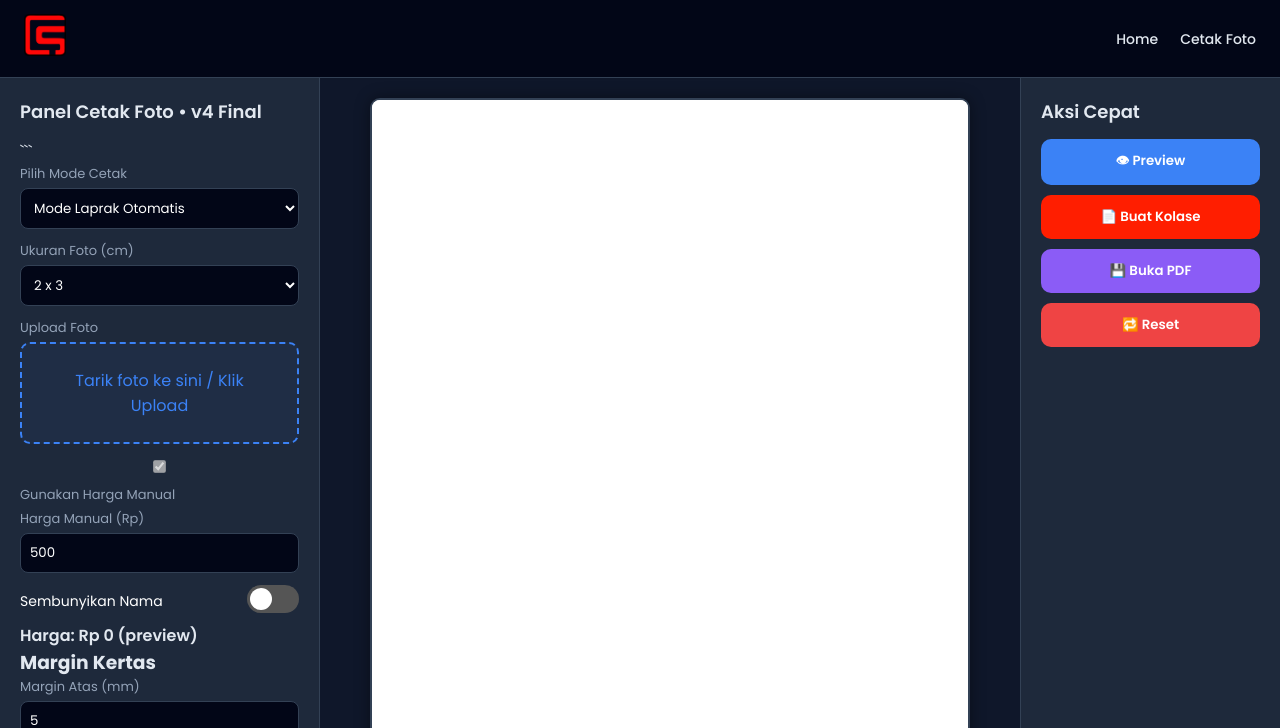
Repository: procinema22/hiisedulurfc
Page: cetakfoto.html
These files come from the project's save history. The page is drawn as it stood at one moment and after the next save; the edit follows.
The browser window is 1280 px wide. The pictures show the whole page.
An inner scrolling area shows only its first screen.

Above is the page before, as saved 2026-04-27 21:32:46.

### cetakfoto.html
<!DOCTYPE html>

<html lang="id">
<head>
<meta charset="UTF-8">
<meta name="viewport" content="width=device-width, initial-scale=1.0">
<title>SEDULUR FOTO COPY – Cetak Foto</title>
<link rel="icon" type="image/png" href="img/loggo/sdlr.png">
<link href="https://fonts.googleapis.com/css2?family=Poppins:wght@400;500;600;700&display=swap" rel="stylesheet">
<link rel="stylesheet" href="css/cetak.css">
<script src="https://cdn.jsdelivr.net/npm/exif-js"></script>
<script src="https://cdnjs.cloudflare.com/ajax/libs/jspdf/2.5.1/jspdf.umd.min.js"></script>
</head>
<body>
<header>
  <div class="logo"><a href="index.html"><img src="img/loggo/sdlr.png" alt="Sedulur Foto Copy"></a></div>
  <nav>
    <ul>
      <li><a href="index.html">Home</a></li>
      <li><a href="cetakfoto.html" class="active">Cetak Foto</a></li>
    </ul>
  </nav>
</header>
<div class="layout">
  <aside class="left-panel">
    <h2 class="section-title">Panel Cetak Foto • v4 Final</h2>

```
<label>Pilih Mode Cetak</label>
<select id="modeSelect">
  <option value="normal">Mode Laprak Otomatis</option>
  <option value="perfoto">Mode Pas Foto</option>
  <option value="circle">Mode Lingkaran</option>
</select>

<div id="circleControls" style="display:none;">
  <label>Diameter Lingkaran (cm)</label>
  <input id="circleDiameter" type="number" value="4">
</div>

<label>Ukuran Foto (cm)</label>
<select id="sizeSelect">
  <option value="2x3">2 x 3</option>
  <option value="3x4">3 x 4</option>
  <option value="4x6">4 x 6</option>
  <option value="5x5">5 x 5</option>
  <option value="6x9">6 x 9</option>
  <option value="10x15">10 x 15</option>
  <option value="custom">Custom</option>
</select>

<div id="customSize" style="display:none; gap:10px;">
  <input id="customW" type="number" placeholder="Lebar (cm)">
  <input id="customH" type="number" placeholder="Tinggi (cm)">
</div>

<label>Upload Foto</label>
<div id="dropArea" class="drop-area">Tarik foto ke sini / Klik Upload</div>
<input id="upload" type="file" multiple accept="image/*" hidden>

<label class="inline-check"><input type="checkbox" id="manualHargaCheckbox"> Gunakan Harga Manual</label>

<div id="manualHargaBox" style="display:none;">
  <label>Harga Manual (Rp)</label>
  <input id="manualHargaInput" type="number" value="500" min="500" step="500">
</div>

<div class="switch-wrap">
  <span>Sembunyikan Nama</span>
  <label class="switch">
    <input type="checkbox" id="hideInfo">
    <span class="slider"></span>
  </label>
</div>

<div class="price" id="priceDisplay">Harga: Rp 0</div>
<div id="batchList"></div>

<h3 class="mini-title">Margin Kertas</h3>
<label>Margin Atas (mm)</label><input id="marginTop" type="number" value="5">
<label>Margin Bawah (mm)</label><input id="marginBottom" type="number" value="5">
<label>Margin Kiri (mm)</label><input id="marginLeft" type="number" value="5">
<label>Margin Kanan (mm)</label><input id="marginRight" type="number" value="5">
<label>Gap antar foto (px)</label><input id="gap" type="number" value="20">



<label class="inline-check"><input type="checkbox" id="laprakMode"> Mode Laprak Manual</label>

<div id="laprakControls" style="display:none;">
  <label>Nama Laprak</label>
  <input type="text" id="laprakName">
  <label>Harga Laprak (Rp)</label>
  <input type="number" id="laprakPrice" value="2000">
</div>

<label class="inline-check"><input type="checkbox" checked disabled> Hubungi admin untuk menghilangkan watermark</label>
```

  </aside>

  <section class="center-panel">
    <canvas id="canvas" width="1240" height="1754"></canvas>
    <div class="page-nav" id="pageNav" style="display:none;">
      <button id="prevPage">⬅</button>
      <div id="pageIndicator">Halaman 1 / 1</div>
      <button id="nextPage">➡</button>
    </div>
  </section>

  <aside class="right-panel">
    <h2 class="section-title">Aksi Cepat</h2>
    <button id="previewBtn" class="btn blue">👁 Preview</button>
    <button id="generateBtn" class="btn green">📄 Buat Kolase</button>
    <button id="downloadPdf" class="btn purple">💾 Buka PDF</button>
    <button id="reset" class="btn red">🔁 Reset</button>
  </aside>
</div>
<div id="loadingOverlay"><div class="loader"></div><p>Memproses... tunggu sebentar ya</p></div>
<div id="toast"></div>
<script src="js/script.js"></script>

### css/cetak.css
/* ============ ROOT & GLOBAL ============ */
:root {
    --bg: #0f172a;
    --card: #1e293b;
    --border: #334155;
    --text: #e2e8f0;
    --muted: #94a3b8;
    --blue: #3b82f6;
    --green: #ff1e00;
    --purple: #8b5cf6;
    --red: #ef4444;
    --shadow: rgba(0,0,0,.4);
  }

  *{
    margin:0;
    padding:0;
    box-sizing:border-box;
    font-family:"Poppins",sans-serif;
  }

  body{
    background:var(--bg);
    color:var(--text);
    overflow-x:hidden;
  }

  /* ============ HEADER / NAVBAR ============ */
  header{
    display:flex;
    align-items:center;
    justify-content:space-between;
    padding:14px 24px;
    background:#020617;
    border-bottom:1px solid var(--border);
  }

  header .logo img{
    height:42px;
  }

  header nav ul{
    display:flex;
    gap:22px;
    list-style:none;
  }

  header nav ul li a{
    color:var(--text);
    text-decoration:none;
    font-size:14px;
    font-weight:500;
  }

  header nav ul li a:hover{
    color:var(--green);
  }

  .search-box{
    display:flex;
    gap:6px;
  }

  .search-box input{
    padding:6px 10px;
    border-radius:8px;
    background:#020617;
    border:1px solid var(--border);
    color:white;
  }

  /* ============ LAYOUT ============ */
  .layout{
    display:grid;
    grid-template-columns:320px 1fr 260px;
    height:calc(100vh - 70px);
  }

  /* ============ LEFT PANEL ============ */
  .left-panel{
    background:var(--card);
    padding:20px;
    border-right:1px solid var(--border);
    overflow-y:auto;
  }

  .left-panel label{
    font-size:13px;
    color:var(--muted);
    margin-bottom:4px;
    display:block;
  }

  .left-panel input,
  .left-panel select{
    width:100%;
    padding:9px;
    border-radius:8px;
    border:1px solid var(--border);
    background:#020617;
    color:white;
    margin-bottom:12px;
  }

  .section-title{
    font-size:18px;
    font-weight:600;
    margin-bottom:14px;
  }

  /* DROP AREA */
  .drop-area{
    border:2px dashed var(--blue);
    padding:24px;
    text-align:center;
    border-radius:10px;
    color:var(--blue);
    background:rgba(59,130,246,.05);
    cursor:pointer;
    margin-bottom:15px;
  }

  .drop-area:hover{
    background:rgba(59,130,246,.15);
  }

  /* PRICE */
  .price{
    font-size:16px;
    font-weight:600;
    margin-top:6px;
  }

  /* ============ CENTER PANEL ============ */
  .center-panel{
    padding:20px;
    display:flex;
    flex-direction:column;
    align-items:center;
    overflow-y:auto;
  }

  canvas{
    width:100%;
    max-width:600px;
    background:white;
    border-radius:10px;
    border:2px solid var(--border);
    box-shadow:0 0 15px var(--shadow);
  }

  /* PAGE NAV */
  .page-nav{
    display:flex;
    gap:14px;
    margin-top:12px;
  }

  .page-nav button{
    padding:8px 14px;
    border:none;
    border-radius:8px;
    background:var(--blue);
    color:white;
    cursor:pointer;
  }

  /* ============ RIGHT PANEL ============ */
  .right-panel{
    background:var(--card);
    padding:20px;
    border-left:1px solid var(--border);
    overflow-y:auto;
  }

  .btn{
    width:100%;
    padding:12px;
    border:none;
    border-radius:10px;
    font-weight:600;
    cursor:pointer;
    margin-bottom:10px;
    color:white;
  }

  .blue{background:var(--blue)}
  .green{background:var(--green)}
  .purple{background:var(--purple)}
  .red{background:var(--red)}

  /* ============ LOADER & TOAST ============ */
  #loadingOverlay{
    position:fixed;
    inset:0;
    background:rgba(0,0,0,.7);
    display:none;
    flex-direction:column;
    justify-content:center;
    align-items:center;
    z-index:9999;
  }

  .loader{
    width:60px;
    height:60px;
    border-radius:50%;
    border:6px solid #fff;
    border-top:6px solid var(--blue);
    animation:spin 1s linear infinite;
  }

  @keyframes spin{
    to{transform:rotate(360deg)}
  }

  #toast{
    position:fixed;
    bottom:20px;
    right:20px;
    padding:12px 18px;
    background:var(--card);
    border-left:5px solid var(--blue);
    border-radius:10px;
    opacity:0;
    transition:.3s;
    z-index:10000;
  }

  #toast.show{
    opacity:1;
    transform:translateY(-6px);
  }

  /* ============ PRINT A4 MODE ============ */
  @media print{
    header,
    .left-panel,
    .right-panel,
    .page-nav,
    #toast,
    #loadingOverlay{
      display:none !important;
    }

    body{
      background:white;
      overflow:visible;
    }

    .layout{
      display:block;
      height:auto;
    }

    canvas{
      width:210mm !important;
      height:297mm !important;
      max-width:none;
      border:none;
      box-shadow:none;
      border-radius:0;
    }
  }

  @page{
    size:A4;
    margin:10mm;
  }
  .btn-logout {
    background: #e53935;
    color: #fff;
    border: none;
    padding: 8px 14px;
    border-radius: 6px;
    cursor: pointer;
    font-weight: 600;
  }

  .btn-logout:hover {
    background: #c62828;
  }
  .switch-wrap{
    display:flex;
    align-items:center;
    justify-content:space-between;
    gap:12px;
    color:#fff;
    font-size:14px;
  }

  .switch{
    position:relative;
    display:inline-block;
    width:52px;
    height:28px;
  }

  .switch input{
    opacity:0;
    width:0;
    height:0;
  }

  .slider{
    position:absolute;
    inset:0;
    background:#555;
    border-radius:50px;
    transition:.3s;
    cursor:pointer;
  }

  .slider:before{
    content:"";
    position:absolute;
    width:22px;
    height:22px;
    left:3px;
    top:3px;
    background:white;
    border-radius:50%;
    transition:.3s;
  }

  .switch input:checked + .slider{
    background:#22c55e;
  }

  .switch input:checked + .slider:before{
    transform:translateX(24px);
  }
  .panel-box{
    background: linear-gradient(180deg,#18253d,#101827);
    border:1px solid rgba(255,255,255,.08);
    border-radius:18px;
    padding:18px;
    box-shadow:0 12px 30px rgba(0,0,0,.25);
  }

  .panel-box h3{
    font-size:18px;
    font-weight:700;
    color:#fff;
    margin-bottom:16px;
  }

  .group{
    margin-bottom:18px;
  }

  .group label{
    display:block;
    font-size:13px;
    color:#9fb3d9;
    margin-bottom:8px;
    font-weight:500;
  }

  .group input,
  .group select{
    width:100%;
    height:48px;
    border:none;
    outline:none;
    border-radius:14px;
    background:#06101f;
    color:#fff;
    padding:0 14px;
    font-size:16px;
    transition:.25s;
  }

  .group input:focus,
  .group select:focus{
    box-shadow:0 0 0 2px #3b82f6;
    transform:translateY(-1px);
  }

  .price-box{
    background:linear-gradient(90deg,#2563eb,#1d4ed8);
    padding:14px;
    border-radius:14px;
    color:#fff;
    font-weight:700;
    font-size:22px;
    text-align:center;
    margin:14px 0;
  }

  .divider{
    height:1px;
    background:rgba(255,255,255,.07);
    margin:18px 0;
  }

Loaded but not shown: js/script.js (985 lines, source omitted)

After the next save:
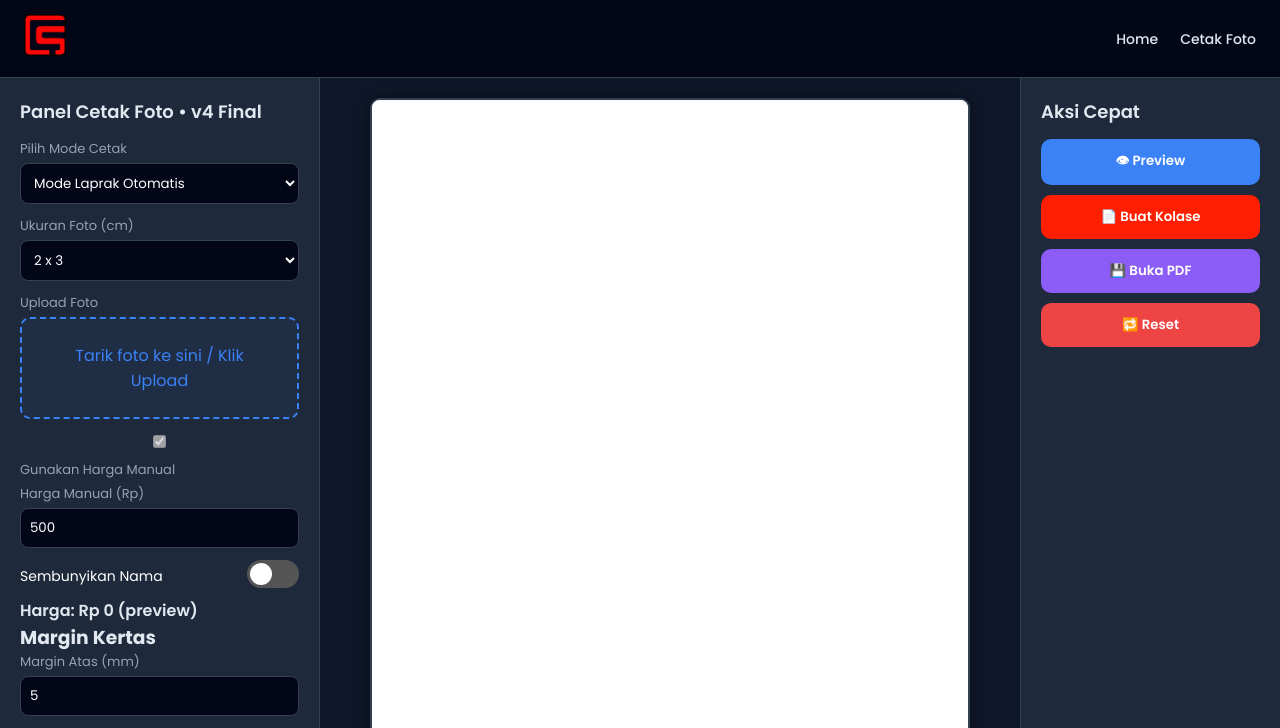
Saved 44 s later.
--- a/cetakfoto.html
+++ b/cetakfoto.html
@@ -25,7 +25,7 @@
   <aside class="left-panel">
     <h2 class="section-title">Panel Cetak Foto • v4 Final</h2>
 
-```
+
 <label>Pilih Mode Cetak</label>
 <select id="modeSelect">
   <option value="normal">Mode Laprak Otomatis</option>
@@ -73,6 +73,13 @@
   </label>
 </div>
 
+<div id="laprakControls" style="display:none;">
+  <label>Nama Laprak</label>
+  <input type="text" id="laprakName">
+  <label>Harga Laprak (Rp)</label>
+  <input type="number" id="laprakPrice" value="2000">
+</div>
+
 <div class="price" id="priceDisplay">Harga: Rp 0</div>
 <div id="batchList"></div>
 
@@ -87,12 +94,7 @@
 
 <label class="inline-check"><input type="checkbox" id="laprakMode"> Mode Laprak Manual</label>
 
-<div id="laprakControls" style="display:none;">
-  <label>Nama Laprak</label>
-  <input type="text" id="laprakName">
-  <label>Harga Laprak (Rp)</label>
-  <input type="number" id="laprakPrice" value="2000">
-</div>
+
 
 <label class="inline-check"><input type="checkbox" checked disabled> Hubungi admin untuk menghilangkan watermark</label>
 ```

After the 3 saves that followed:
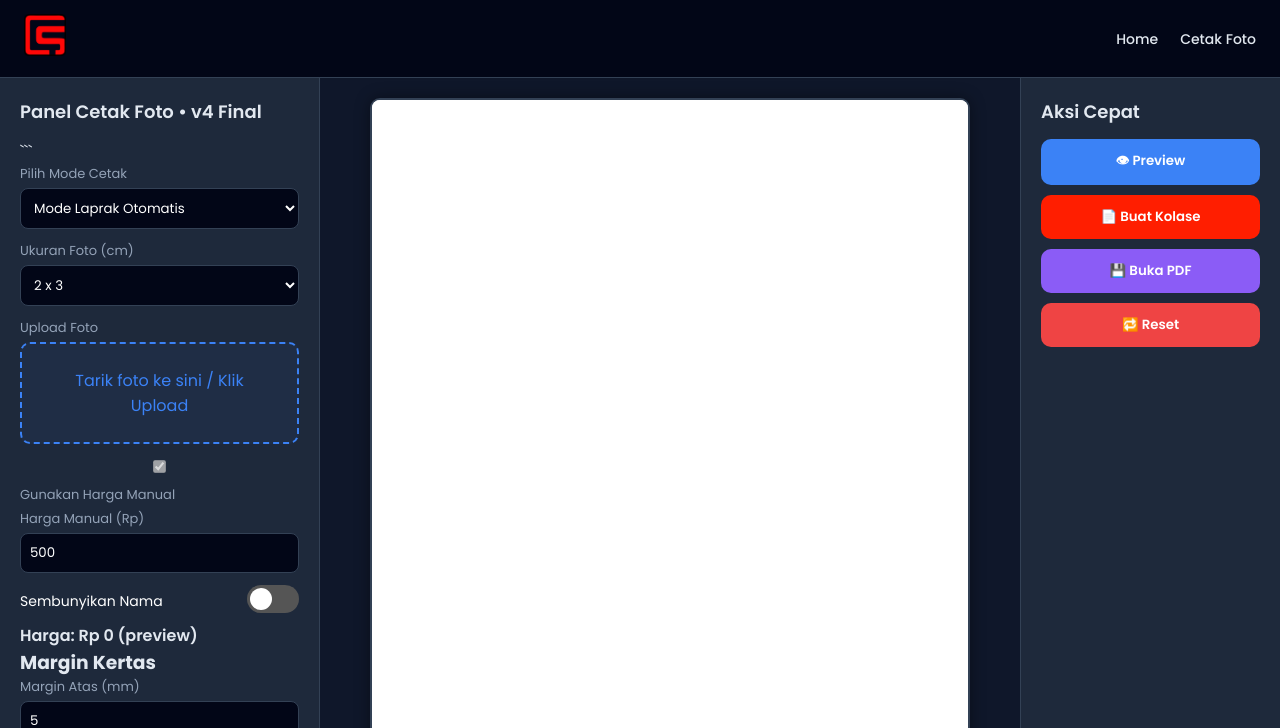
The 3 saves are shown as one change because 1 left the picture as it was and some came seconds apart.
The last was saved 25 s later.
--- a/cetakfoto.html
+++ b/cetakfoto.html
@@ -25,7 +25,7 @@
   <aside class="left-panel">
     <h2 class="section-title">Panel Cetak Foto • v4 Final</h2>
 
-
+```
 <label>Pilih Mode Cetak</label>
 <select id="modeSelect">
   <option value="normal">Mode Laprak Otomatis</option>
@@ -73,13 +73,6 @@
   </label>
 </div>
 
-<div id="laprakControls" style="display:none;">
-  <label>Nama Laprak</label>
-  <input type="text" id="laprakName">
-  <label>Harga Laprak (Rp)</label>
-  <input type="number" id="laprakPrice" value="2000">
-</div>
-
 <div class="price" id="priceDisplay">Harga: Rp 0</div>
 <div id="batchList"></div>
 
@@ -94,7 +87,12 @@
 
 <label class="inline-check"><input type="checkbox" id="laprakMode"> Mode Laprak Manual</label>
 
-
+<div id="laprakControls" style="display:none;">
+  <label>Nama Laprak</label>
+  <input type="text" id="laprakName">
+  <label>Harga Laprak (Rp)</label>
+  <input type="number" id="laprakPrice" value="2000">
+</div>
 
 <label class="inline-check"><input type="checkbox" checked disabled> Hubungi admin untuk menghilangkan watermark</label>
 ```
